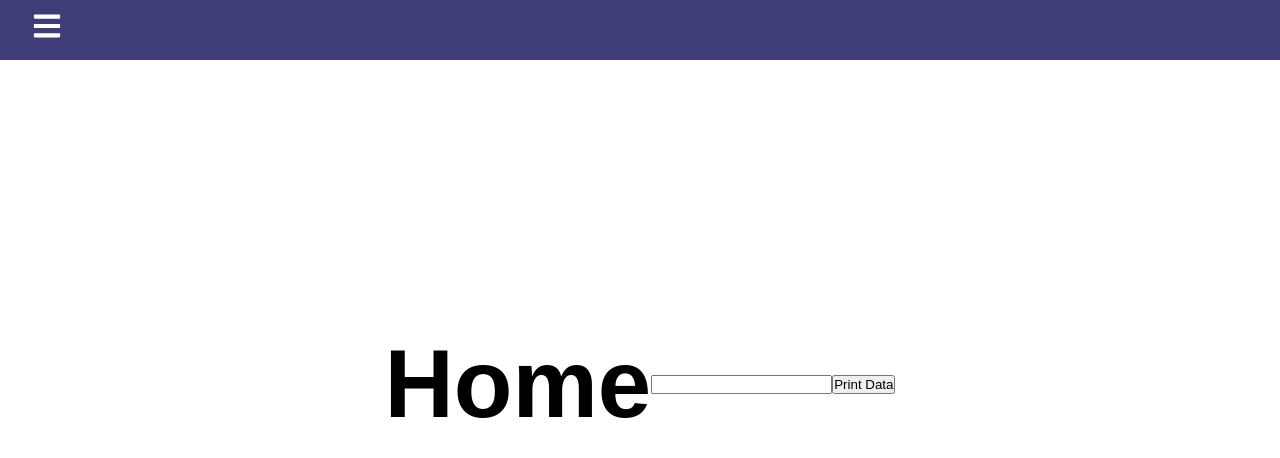
Repository: dcutalo/GasPal
Page: / (app in client/)
These files come from the project's save history. The page is drawn as it stood at one moment and after the next save; the edit follows.
The browser window is 1280 px wide. The pictures show the whole page.
Some web fonts or font styles are not loaded; a fallback is used. The project was rebuilt for these pictures with package versions that can differ from the ones it lists, and the page was loaded fresh each time. Also part of the build but not shown: client/src/pages/triphistory.js, client/src/pages/gasefficiencyreports.js, client/src/pages/userprofile.js.

Above is the page before, as saved 2021-10-05 21:31:58.

### client/src/App.js
import React from 'react';
import './App.css';
import Sidebar from './components/Sidebar';
import { BrowserRouter as Router, Switch, Route} from 'react-router-dom';
import Home from './pages/home';
import TripHistory from './pages/triphistory';
import Reports from './pages/gasefficiencyreports';
import UserProfile from './pages/userprofile';


function App() {
  return (
    <>
    <Router>
      <Sidebar />
      <Switch>
        <Route path = '/' exact component={Home}/>
        <Route path = '/triphistory' component={TripHistory}/>
        <Route path = '/gasefficiencyreports' component={Reports}/>
        <Route path = '/userprofile' component={UserProfile}/>
      </Switch>
    </Router>

    </>
  );
}

export default App;

### client/src/App.css
@import url(https://fonts.googleapis.com/css2?family=Gluten&display=swap);

* {
  box-sizing: border-box;
  margin: 0;
  padding: 0;
  font-family: 'Latp', sans-serif;
}

.home, .gasefficiencyreports, .triphistory, .userprofile {
  display: flex;
  height: 90vh;
  align-items: center;
  justify-content: center;
  font-size: 3rem;
}

### client/src/components/Sidebar.js
import React, {useState} from 'react'
import * as FaIcons from "react-icons/fa";
import * as AiIcons from "react-icons/ai";
import { Link } from 'react-router-dom';
import { SidebarData } from './Sidebardata';
import './Sidebar.css';
import { IconContext } from 'react-icons'

function Sidebar() {
    const [sidebar, setSidebar] = useState(false)

    const showSidebar = () => setSidebar(!sidebar)

    return (
        <>
        <IconContext.Provider value={{size: '30px', className:"icons"}}>
            <div className ="sidebar">
                <Link to="#" className='menu-bars'>
                    <FaIcons.FaBars onClick={showSidebar} />
                </Link>
            </div>

            <nav className={sidebar ? 'side-menu active' : 'side-menu'}>
                <ul className='side-menu-items'>
                    <li className="sidebar-toggle">
                        <Link to="#" className='menu-bars' onClick={showSidebar}>
                            <AiIcons.AiOutlineClose />
                        </Link>
                    </li>

                    {SidebarData.map((item,index) => {
                        return (

                            <li key={index} className={item.cName}>
                                <Link to={item.path}>
                                    {item.icon}
                                    <span>{item.title}</span>
                                </Link>
                            </li>

                        );
                    })}

                </ul>
            </nav>

        </IconContext.Provider>
        </>
    )
}

export default Sidebar

### client/src/pages/home.js
import React from 'react'
import {useState}from 'react'

function Home() {
    const [data,setData]=useState(null)
    const [print,setPrint]=useState(false)

    function getData(val)
    {
        console.warn(val.target.value)
        setData(val.target.value)
        setPrint(false)
    }

    return (
        <div className='home'>
            <h1>Home</h1>

            {
                print?
                <h1> {data}</h1>
                :null
            }
            <input type="text" onChange={getData} />
            <button onClick={()=>setPrint(true)} >Print Data</button>
        </div>
    )
}

export default Home

### client/src/components/Sidebardata.js
import React from 'react'
import * as AiIcons from "react-icons/ai";
import * as CgIcons from "react-icons/cg";
import * as HiIcons from "react-icons/hi";

export const SidebarData = [
    {
        title: 'Home',
        path: '/',
        icon: <AiIcons.AiFillHome />,
        cName: 'side-text'
    },
    {
        title: 'Gas Efficiency Reports',
        path: '/gasefficiencyreports',
        icon: <HiIcons.HiDocumentReport />,
        cName: 'side-text'
    },
    {
        title: 'Trip History',
        path: '/triphistory',
        icon: <AiIcons.AiOutlineHistory />,
        cName: 'side-text'
    },
    {
        title: 'User Profile',
        path: '/userprofile',
        icon: <CgIcons.CgProfile />,
        cName: 'side-text'
    }
]

### client/src/components/Sidebar.css
.sidebar {
    background-color: #3f3d77;
    height: 60px;
    display: flex;
    justify-content: start;
    align-items: center;
}

.menu-bars {
    margin-left: 2rem;
    font-size: 2rem;
    background: none;
    color:rgb(255, 255, 255)
}

.side-menu {
    background-color: #3f3d77;
    width: 300px;
    height: 120vh;
    display: flex;
    justify-content: center;
    position: fixed;
    top: 0;
    left: -100%;
    transition: 850ms;
}

.side-menu.active {
    left: 0;
    transition: 350ms;
}

.side-text {
    display: flex;
    justify-content: center;
    align-items: center;
    padding: 8px 0px 8px 16px;
    list-style: none;
    height: 60px;
}

.side-text a {
    text-decoration: none;
    color: rgb(255, 255, 255);
    font-size: 18px;
    width: 95%;
    height: 100%;
    display: flex;
    align-items: center;
    border-radius: 4px;
}

.side-text a:hover {
    background-color: #d0a3eb;
    color: black;
}

.side-menu-items {
    width: 100%;
}

.sidebar-toggle {
    background-color: #24234b;
    width: 100%;
    height: 60px;
    display: flex;
    justify-content: start;
    align-items: center;
}

span{
    margin-left: 16px;
}

Loaded but not shown: client/public/index.html (common file); client/src/index.js (common file)

After the next save:
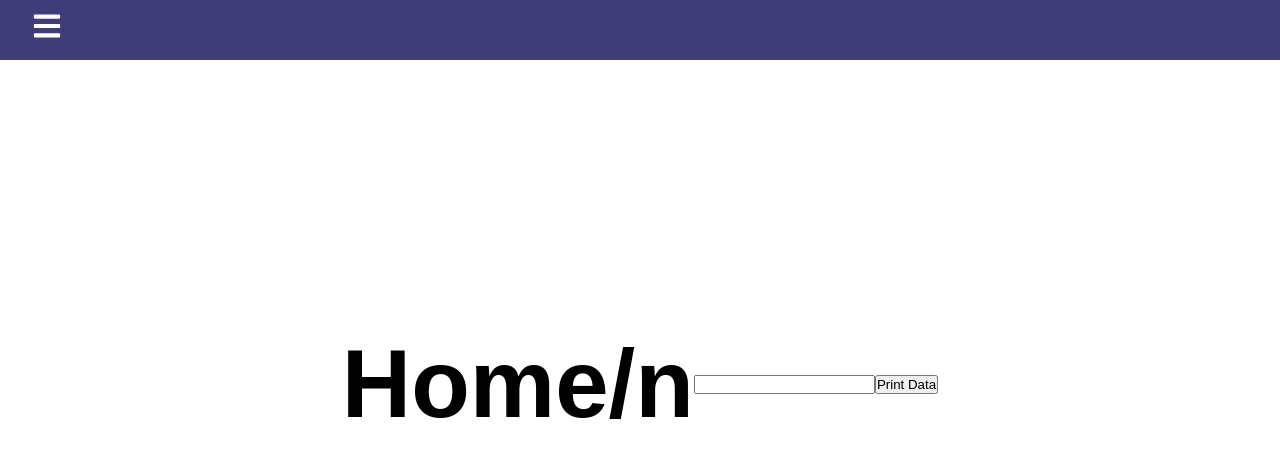
Saved 11 s later.
--- a/client/src/pages/home.js
+++ b/client/src/pages/home.js
@@ -14,7 +14,7 @@ function Home() {
 
     return (
         <div className='home'>
-            <h1>Home</h1>
+            <h1>Home/n</h1>
 
             {
                 print?
